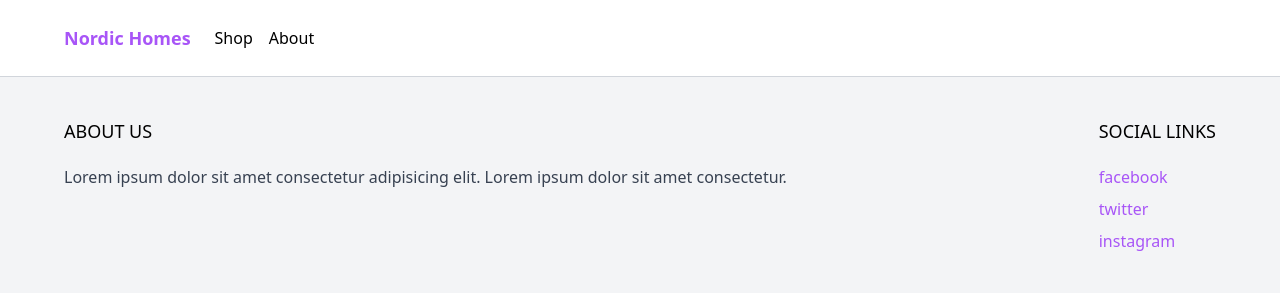
Repository: Calin224/NordicHomes
Page: http://localhost/
An editor plug-in stored every save of this project. The page is shown before and after the next save, followed by the edit.
The browser window is 1280 px wide. The pictures show the whole page.
Some web libraries are served in a nearby version. The page is served by the project's application, run on Django 4.2 (manage.py).

Above is the page before, as saved 2023-02-15 16:56:42.

After the next save:
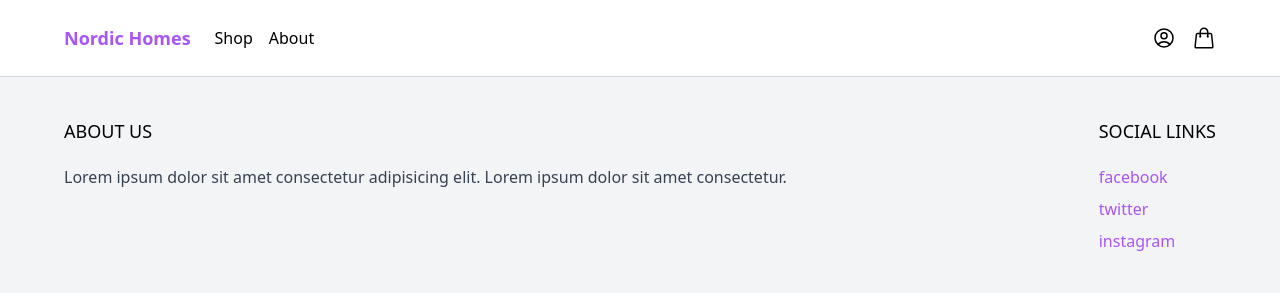
Saved 26 s later.
--- a/core/templates/core/base.html
+++ b/core/templates/core/base.html
@@ -21,18 +21,16 @@
 
             <div class="menu-right flex items-center space-x-4">
                 <a href="#">
-                    <svg xmlns="http://www.w3.org/2000/svg" fill="none" viewBox="0 0 24 24" strokeWidth={1.5}
-                        stroke="currentColor" className="w-6 h-6">
-                        <path strokeLinecap="round" strokeLinejoin="round"
-                            d="M17.982 18.725A7.488 7.488 0 0012 15.75a7.488 7.488 0 00-5.982 2.975m11.963 0a9 9 0 10-11.963 0m11.963 0A8.966 8.966 0 0112 21a8.966 8.966 0 01-5.982-2.275M15 9.75a3 3 0 11-6 0 3 3 0 016 0z" />
-                    </svg>
+                    <svg xmlns="http://www.w3.org/2000/svg" fill="none" viewBox="0 0 24 24" stroke-width="1.5" stroke="currentColor" class="w-6 h-6">
+                        <path stroke-linecap="round" stroke-linejoin="round" d="M17.982 18.725A7.488 7.488 0 0012 15.75a7.488 7.488 0 00-5.982 2.975m11.963 0a9 9 0 10-11.963 0m11.963 0A8.966 8.966 0 0112 21a8.966 8.966 0 01-5.982-2.275M15 9.75a3 3 0 11-6 0 3 3 0 016 0z" />
+                      </svg>
+
                 </a>
                 <a href="#">
-                    <svg xmlns="http://www.w3.org/2000/svg" fill="none" viewBox="0 0 24 24" strokeWidth={1.5}
-                        stroke="currentColor" className="w-6 h-6">
-                        <path strokeLinecap="round" strokeLinejoin="round"
-                            d="M15.75 10.5V6a3.75 3.75 0 10-7.5 0v4.5m11.356-1.993l1.263 12c.07.665-.45 1.243-1.119 1.243H4.25a1.125 1.125 0 01-1.12-1.243l1.264-12A1.125 1.125 0 015.513 7.5h12.974c.576 0 1.059.435 1.119 1.007zM8.625 10.5a.375.375 0 11-.75 0 .375.375 0 01.75 0zm7.5 0a.375.375 0 11-.75 0 .375.375 0 01.75 0z" />
-                    </svg>
+                    <svg xmlns="http://www.w3.org/2000/svg" fill="none" viewBox="0 0 24 24" stroke-width="1.5" stroke="currentColor" class="w-6 h-6">
+                        <path stroke-linecap="round" stroke-linejoin="round" d="M15.75 10.5V6a3.75 3.75 0 10-7.5 0v4.5m11.356-1.993l1.263 12c.07.665-.45 1.243-1.119 1.243H4.25a1.125 1.125 0 01-1.12-1.243l1.264-12A1.125 1.125 0 015.513 7.5h12.974c.576 0 1.059.435 1.119 1.007zM8.625 10.5a.375.375 0 11-.75 0 .375.375 0 01.75 0zm7.5 0a.375.375 0 11-.75 0 .375.375 0 01.75 0z" />
+                      </svg>
+
                 </a>
             </div>
         </div>
